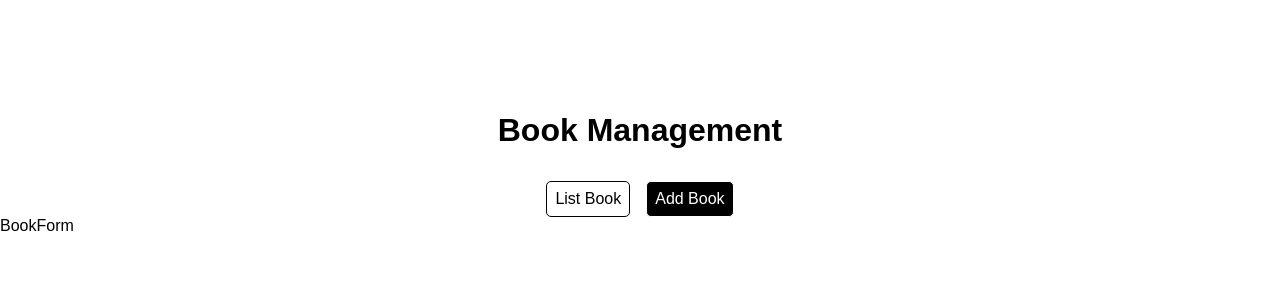
Repository: wakoya-tech/e-library-app1
Page: /add
These files come from the project's save history. The page is drawn as it stood at one moment and after the next save; the edit follows.
The browser window is 1280 px wide. The pictures show the whole page.
The project was rebuilt for these pictures with package versions that can differ from the ones it lists, and the page was loaded fresh each time. Also part of the build but not shown: vite.config.js, src/components/ListBook.jsx.

Above is the page before, as saved 2025-10-11 22:10:15.

### src/main.jsx
import React from 'react'
import ReactDOM from 'react-dom/client'
import { BrowserRouter } from 'react-router-dom'
import App from './App'
ReactDOM.createRoot(document.getElementById('root')).render(
  <React.StrictMode>
    <BrowserRouter>
    <App />
    </BrowserRouter>

  </React.StrictMode>,
)

### src/App.jsx
import './App.css';
import Header from './components/Header.jsx';
import { Routes, Route } from "react-router-dom";
import ListBook from './components/ListBook.jsx';
import AddBook from './components/AddBook.jsx';

function App() {
  return (
    <div className="App">
      <Header />
    <Routes>
     < Route path='/' element={<ListBook/>}/>
     < Route path='/add' element={<AddBook/>}/>
    </Routes>
    </div>
  );
}

export default App;

### src/App.css
*{
  margin: 0;
  padding: 0;
  box-sizing: border-box;
}
body{
  font-family: Arial, Helvetica, sans-serif;
}
.container{
  max-width: 40rem;

  margin: 7rem auto 0;
}
header{
  text-align: center;

}
header nav{
  margin-top: 2rem;
  display: flex;
  justify-content: center;
  gap: 1rem;
}
header nav > a {
  text-decoration: none;
  border: 1px solid;
  padding: 0.5rem;
  border-radius: 5px;
  color: black;
}
header nav > .active{
  background: black;
  color: white;
}

### src/components/Header.jsx
import React from "react"
import { NavLink } from "react-router-dom"
import { BrowserRouter as Router, Routes, Route } from 'react-router-dom';
function Header(){
    const navigation =[
        {path:'/',name:'List Book'},
        { path:'/add', name:'Add Book'}
    ]
    return(<div className="container">
<header>
    <h1>Book Management</h1>
    <nav>
       {navigation.map(nav=>(
        <NavLink
       key={nav.name}
        to={nav.path}>
{nav.name}
        </NavLink>
       ))}
         </nav>
</header>
    </div>)
}
export default Header

### src/components/AddBook.jsx
import BookForm from "../form/BookForm.jsx"
const AddBook = () =>{
    const handleOnSubmit=()=>{
        console.log("Add new book");
    }
    return(
        <div className="addForm">
            <BookForm handleSubmit={handleOnSubmit}/>
        </div>

    )
}
export default AddBook

### src/form/BookForm.jsx


function BookForm() {
  return (
    <div>BookForm</div>
  )
}

export default BookForm

Loaded but not shown: index.html (common file)

After the next save:
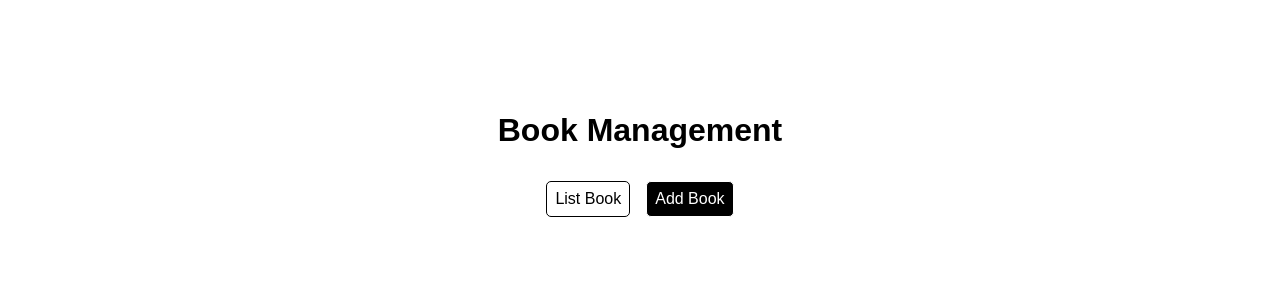
Saved 14 min 35 s later.
--- a/src/form/BookForm.jsx
+++ b/src/form/BookForm.jsx
@@ -1,8 +1,18 @@
 
 
-function BookForm() {
+const  BookForm=()=> {
+    const renderInputField = (label,placeholder,name)=>(
+        <div className="inputField">
+            <label>{label}</label>
+            <input name={name} type="text" placeholder={placeholder} />
+        </div>
+    )
   return (
-    <div>BookForm</div>
+<form >
+    {
+
+    }
+</form>
   )
 }
 
